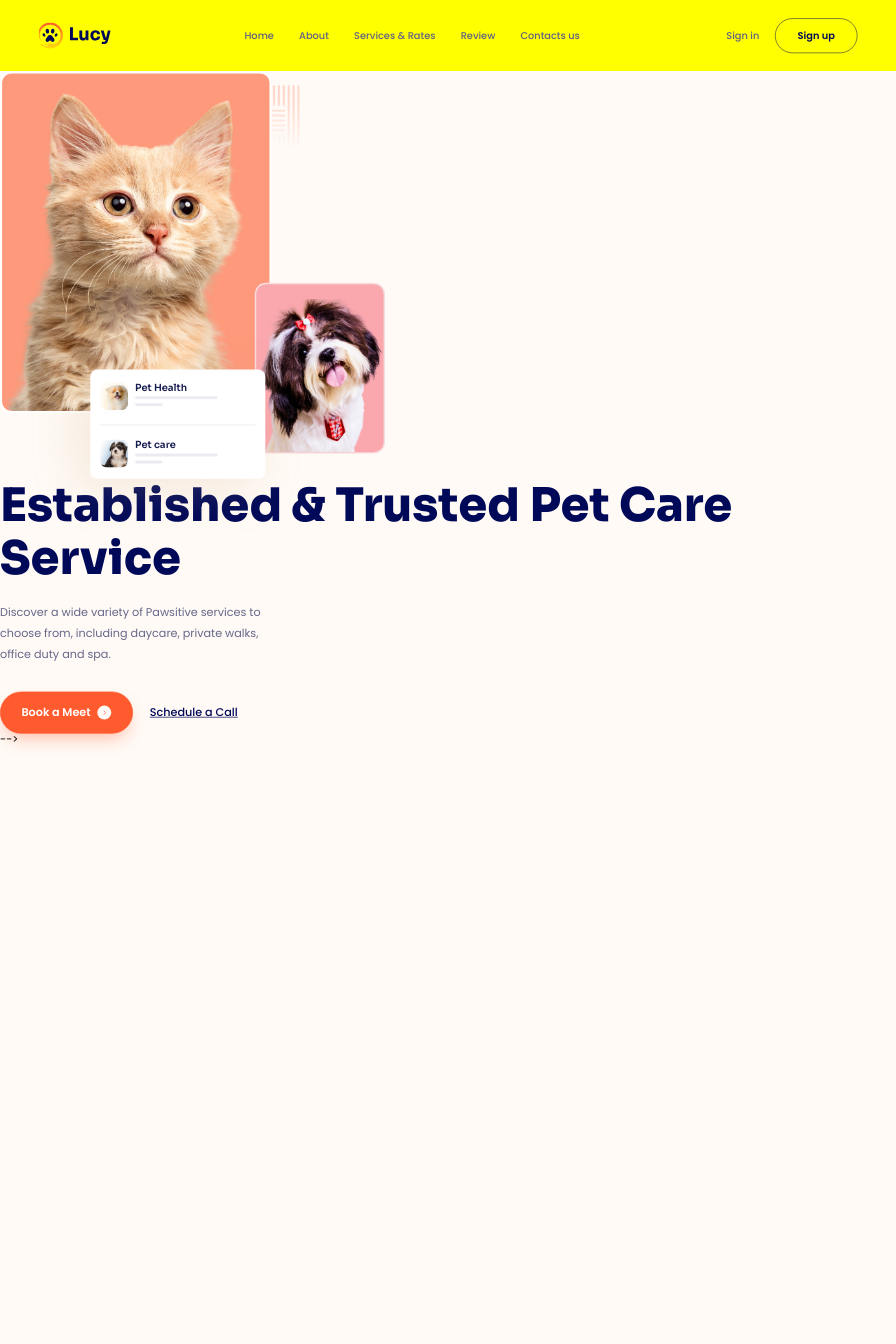
Repository: anhtien111198/f8-htmlcss-04
Page: index.html
The author's editor kept a copy of each file at every save. The page is drawn from the files as they stood at one save, then again after the next save.
The browser window is 1280 px wide. The pictures show the part of the page from y = 0 to 1920 px (the page is 5000 px tall), at 70% of full size.

Above is the page before, as saved 2023-05-17 12:26:00.

After the next save:
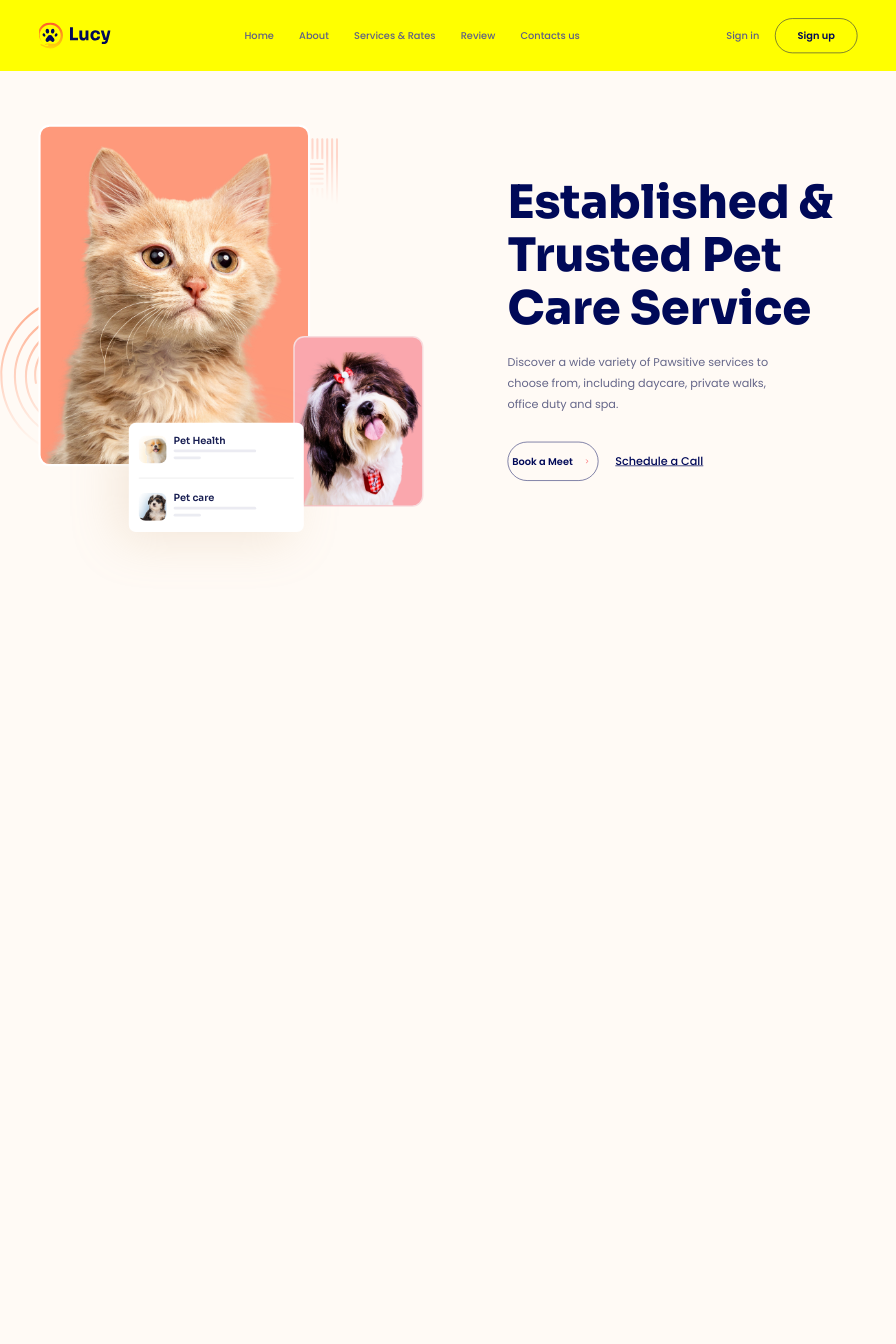
Saved 12 s later.
--- a/index.html
+++ b/index.html
@@ -134,7 +134,7 @@
             </div>
         </header>
         <!-- hero -->
-        <!-- <section class="hero">
+        <section class="hero">
             <div class="container">
                 <div class="hero__inner">
                     <!-- hero media -->
@@ -207,7 +207,7 @@
                             office duty and spa.
                         </p>
                         <div class="hero__row">
-                            <a href="#!" class="btn btn--primary hero__cta-btn">
+                            <a href="#!" class="btn">
                                 Book a Meet
                                 <span class="btn__icon">
                                     <svg
@@ -233,6 +233,6 @@
                     </section>
                 </div>
             </div>
-        </section> -->
+        </section>
     </body>
 </html>
